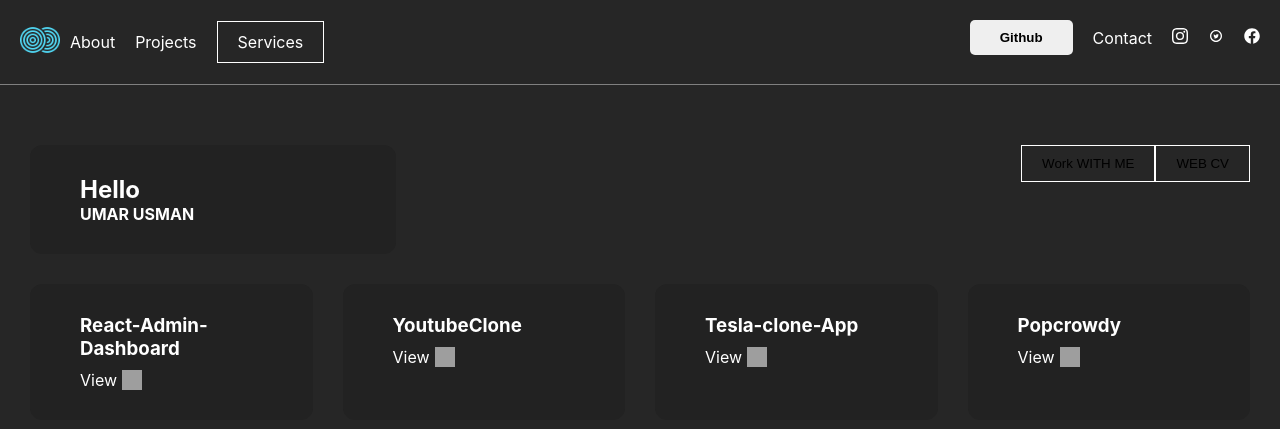
Repository: uh-sman/Portfolio
Page: /
An editor plug-in stored every save of this project. The page is shown before and after the next save, followed by the edit.
The browser window is 1280 px wide. The pictures show the whole page.
Pictures or frames that could not be fetched are drawn as grey boxes. The project was rebuilt for these pictures with package versions that can differ from the ones it lists, and the page was loaded fresh each time. Also part of the build but not shown: src/components/Projects.jsx, src/components/Services.jsx.

Above is the page before, as saved 2022-11-18 23:09:41.

After the next save:
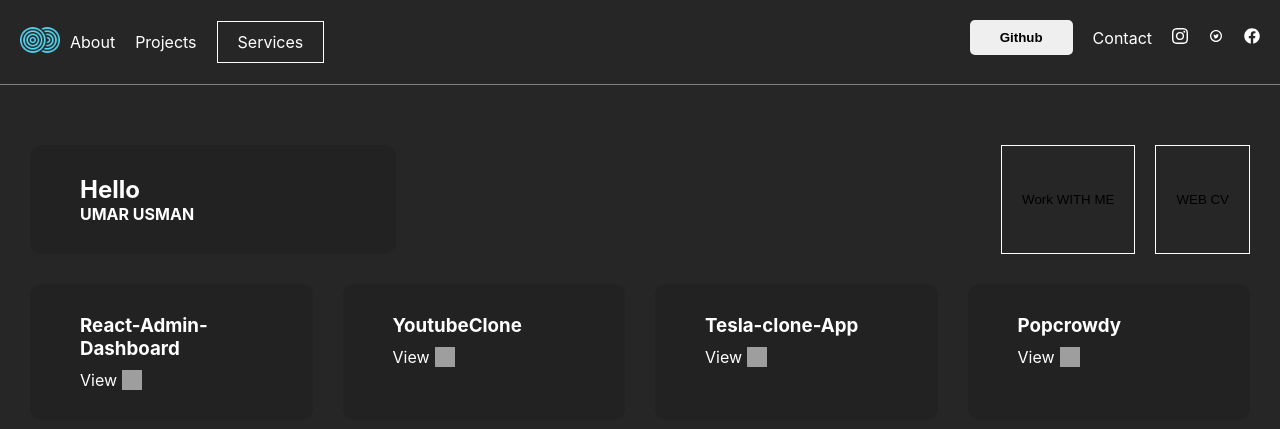
Saved 67 s later.
--- a/src/components/About.jsx
+++ b/src/components/About.jsx
@@ -10,7 +10,7 @@ const About = () => {
             <h2>Hello</h2>
             <h4>UMAR USMAN</h4>
           </div>
-          <div>
+          <div className="about-button">
             <button className="btn">Work WITH ME</button>
             <button className="btn">WEB CV</button>
           </div>
--- a/src/components/about.css
+++ b/src/components/about.css
@@ -19,3 +19,7 @@
   padding: 10px 20px;
   border: 1px solid white;
 }
+.about-button {
+  display: flex;
+  gap: 20px;
+}

After the save that followed:
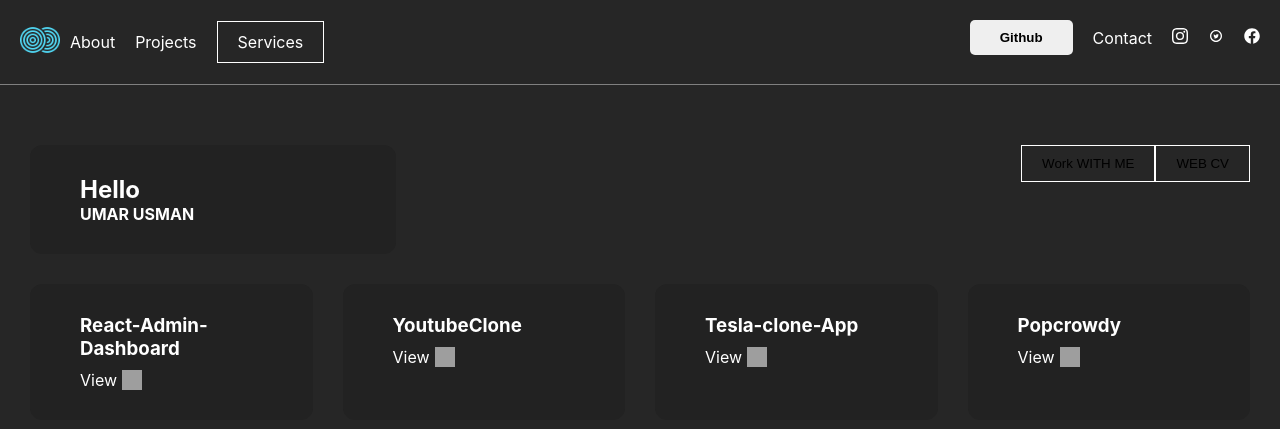
Saved 16 s later.
--- a/src/components/about.css
+++ b/src/components/about.css
@@ -20,6 +20,6 @@
   border: 1px solid white;
 }
 .about-button {
-  display: flex;
+  /* display: flex; */
   gap: 20px;
 }
